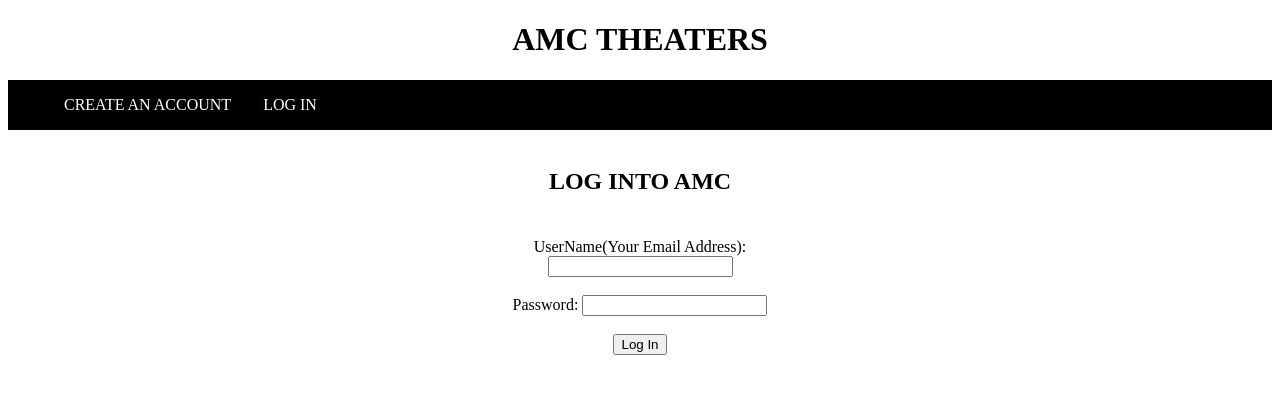
Repository: TagninaShama/CoreJavaJune2020
Page: http://localhost/FinalProject/LogInForm
These files come from the project's save history. The page is drawn as it stood at one moment and after the next save; the edit follows.
The browser window is 1280 px wide. The pictures show the whole page.
The page is served by Tomcat 9.

Above is the page before, as saved 2019-11-24 18:51:49.

After the next save:
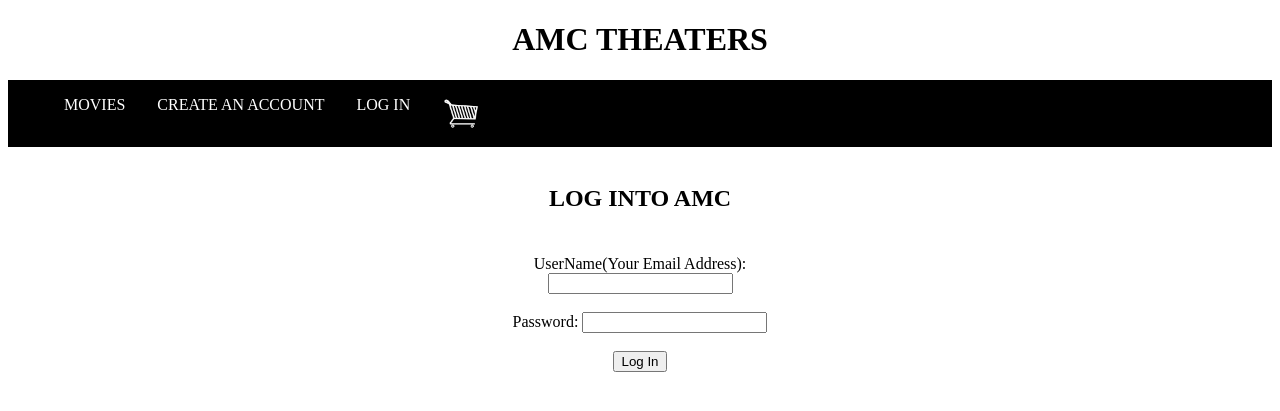
Saved 4 min 24 s later.
--- a/FinalProject/WebContent/LogIn.jsp
+++ b/FinalProject/WebContent/LogIn.jsp
@@ -14,10 +14,10 @@
 <header>
 <nav>
 <ul>
-<!--<li><a href="MovieServlet">Movies</a></li>-->
+<li><a href="MovieServlet">Movies</a></li>
 <li><a href="addAccountForm">Create an Account</a></li>
-<li><a href="LogIn.jsp">Log In </a></li>
-<!--<li><a href="cart.jsp"  id="cartLogo"><img src="images/cart2.png" alt="" id="cartLogo"/></a></li>-->
+<li><a href="LogInForm">Log In </a></li>
+<li><a href="cart.jsp" id="cartLogo"><img src="images/cart2.png" alt="" id="cartLogo"/></a></li>
 </ul>
 </nav>
 
